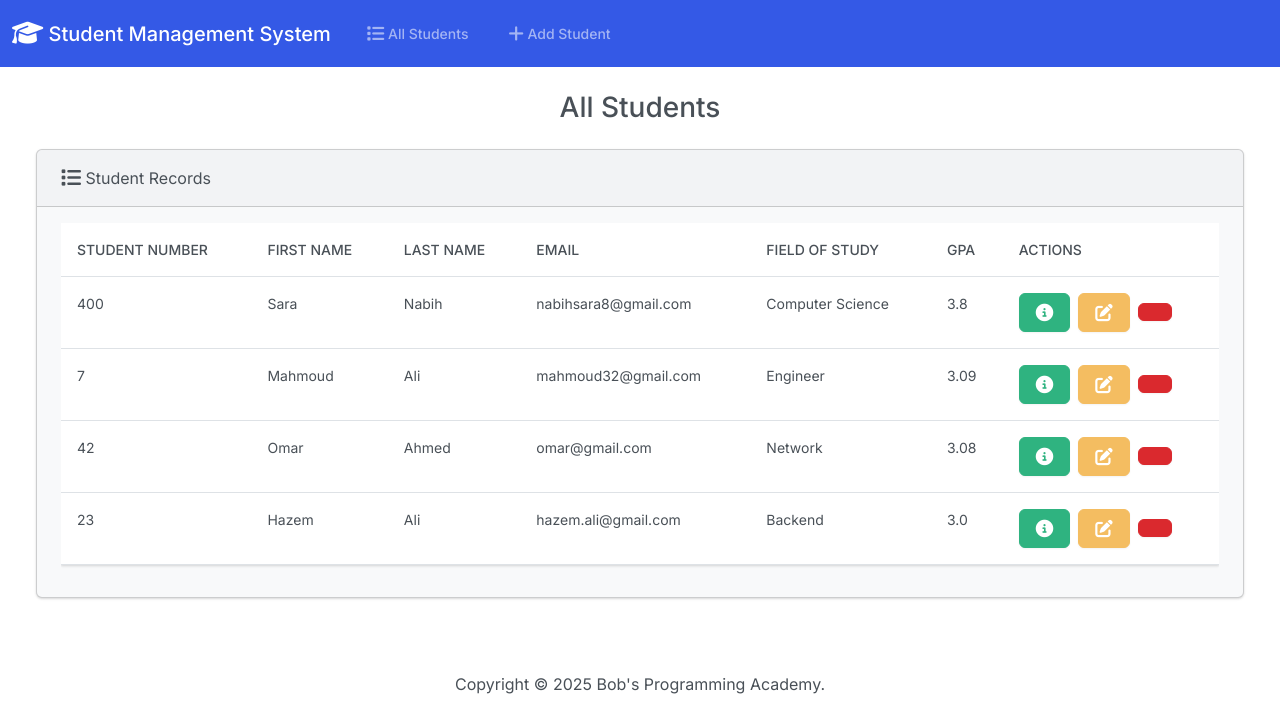
Repository: saraanbih/Student-Management-System
Page: http://localhost/
The author's editor kept a copy of each file at every save. The page is drawn from the files as they stood at one save, then again after the next save.
The browser window is 1280 px wide. The pictures show the whole page.
Some web libraries are served in a nearby version. The page is served by the project's application, run on Django 5.2 (manage.py). Other server files are loaded and not shown. The page reads the database file committed with the project.

Above is the page before, as saved 2025-09-13 01:30:39.

### students/templates/students/index.html
{% extends "students/base.html" %}

{% block body %}
  <h3 class="m-4 text-center">All Students</h3>
  <div class="row">
    <div class="col-12">
      {% if students %}
        <div class="card bg-light ms-4 me-4 mb-4">
          <div class="card-header">
            <i class="fa-solid fa-list fa-lg"></i> Student Records
          </div>
          <div class="card-body">
            <div class="table-responsive">
              <table class="table table-hover">
                <thead>
                  <tr>
                    <th scope="col">Student Number</th>
                    <th scope="col">First Name</th>
                    <th scope="col">Last Name</th>
                    <th scope="col">Email</th>
                    <th scope="col">Field of Study</th>
                    <th scope="col">GPA</th>
                    <th scope="col">Actions</th>
                  </tr>
                </thead>
                <tbody>
                  {% for student in students %}
                    <tr>
                      <td>{{ student.student_number }}</td>
                      <td>{{ student.first_name }}</td>
                      <td>{{ student.last_name }}</td>
                      <td>{{ student.email }}</td>
                      <td>{{ student.field_of_study }}</td>
                      <td>{{ student.gpa }}</td>
                      <td>
                        <!-- View Button -->
                        <button
                          type="button"
                          class="btn btn-success me-1"
                          data-bs-toggle="modal"
                          data-bs-target="#myModal{{ student.student_id }}">
                          <i class="fa-solid fa-circle-info fa-lg"></i>
                        </button>

                        <!-- View Modal -->
                        <div class="modal fade" id="myModal{{ student.student_id }}" tabindex="-1" aria-labelledby="myModalLabel{{ student.student_id }}" aria-hidden="true">
                          <div class="modal-dialog" role="document">
                            <div class="modal-content">
                              <div class="modal-header">
                                <h5 class="modal-title" id="myModalLabel{{ student.student_id }}">
                                  Student: {{ student.first_name }} {{ student.last_name }}
                                </h5>
                                <button type="button" class="btn-close" data-bs-dismiss="modal" aria-label="Close"></button>
                              </div>
                              <div class="modal-body">
                                <ul class="list-unstyled">
                                  <li>Student Number: <strong>{{ student.student_number }}</strong></li>
                                  <li>First Name: <strong>{{ student.first_name }}</strong></li>
                                  <li>Last Name: <strong>{{ student.last_name }}</strong></li>
                                  <li>Email: <strong>{{ student.email }}</strong></li>
                                  <li>Field of Study: <strong>{{ student.field_of_study }}</strong></li>
                                  <li>GPA: <strong>{{ student.gpa }}</strong></li>
                                </ul>
                              </div>
                              <div class="modal-footer">
                                <button type="button" class="btn btn-primary" data-bs-dismiss="modal">Close</button>
                              </div>
                            </div>
                          </div>
                        </div>

                        <a class="btn btn-warning me-1" href="{% url 'edit' student.id %}">
                          <i class="fa-solid fa-pen-to-square fa-lg"></i>
                        </a>

                        <button type="button" class="btn btn-danger" data-bs-toggle="model" data-bs-target="#delete{{student.id}}">

                        </button>
                      </td>
                    </tr>
                  {% endfor %}
                </tbody>
              </table>
            </div>
          </div>
        </div>
      {% else %}
        <h5 class="card bg-light ms-4 me-4 mb-4 p-3">No Student Records</h5>
      {% endif %}
    </div>
  </div>
{% endblock %}

### students/templates/students/base.html
{% load static %}
<!DOCTYPE html>
<html lang="en">
  <head>
    <title>Student Management System</title>
    <link rel="stylesheet" href="https://cdnjs.cloudflare.com/ajax/libs/font-awesome/6.1.1/css/all.min.css">
    <link href="{% static 'css/bootstrap.min.css' %}" rel="stylesheet">
  </head>
  <body class="d-flex flex-column min-vh-100">
    <nav class="navbar navbar-expand-lg navbar-dark bg-primary">
      <div class="container-fluid">
        <a class="navbar-brand" href="{% url 'index' %}">
          <i class="fa-solid fa-graduation-cap fa-lg"></i> Student Management System
        </a>
        <button class="navbar-toggler" type="button" data-bs-toggle="collapse" data-bs-target="#navbarColor01" aria-controls="navbarColor01" aria-expanded="false" aria-label="Toggle navigation">
          <span class="navbar-toggler-icon"></span>
        </button>
        <div class="collapse navbar-collapse" id="navbarColor01">
          <ul class="navbar-nav me-auto">
            <li class="nav-item">
              <a class="nav-link" href="{% url 'index' %}">
                <i class="fa-solid fa-list fa-lg"></i> All Students
              </a>
            </li>
            <li class="nav-item">
              <a class="nav-link" href="{% url 'add' %}">
                <i class="fa-solid fa-plus fa-lg"></i> Add Student
              </a>
            </li>
          </ul>
        </div>
      </div>
    </nav>
    <div class="container-fluid">
      {% block body %}
      {% endblock %}
    </div>
    <footer class="mt-auto mb-4">
      <div class="text-center">
        <span>
          Copyright &copy; <script>document.write(new Date().getFullYear())</script> Bob's Programming Academy.
        </span>
      </div>
    </footer>
    <script src="https://cdn.jsdelivr.net/npm/bootstrap@5.0.2/dist/js/bootstrap.bundle.min.js"></script>
  </body>
</html>

### students/models.py
from django.db import models

# Create your models here.

class Student(models.Model):
  student_number = models.PositiveBigIntegerField()
  first_name = models.CharField(max_length=50)
  last_name = models.CharField(max_length=50)
  email = models.EmailField(max_length=100)
  field_of_study = models.CharField(max_length=50)
  gpa = models.FloatField()

  def __str__(self):
    return f"{self.first_name} {self.last_name}"

### students/views.py
from django.http import HttpResponseRedirect
from django.shortcuts import render
from django.urls import reverse

from .models import Student
from .forms import StudentForm

def index(request):
    return render(request, 'students/index.html', {
        'students': Student.objects.all()
    })

def view_student(request, student_id):
    student = get_object_or_404(Student, pk=student_id)
    return render(request, 'students/view.html', {
        'student': student
    })

def add(request):
    if request.method == 'POST':
        form = StudentForm(request.POST)
        if form.is_valid():
            form.save()
            return render(request, 'students/add.html', {
                'form': StudentForm(),
                'success': True
            })
    else:
        form = StudentForm()

    return render(request, 'students/add.html', {
        'form': form
    })

def edit(request, student_id):
    student = get_object_or_404(Student, pk=student_id)

    if request.method == 'POST':
        form = StudentForm(request.POST, instance=student)
        if form.is_valid():
            form.save()
            return render(request, 'students/edit.html', {
                'form': form,
                'student': student,
                'success': True
            })
    else:
        form = StudentForm(instance=student)

    return render(request, 'students/edit.html', {
        'form': form,
        'student': student
    })

def delete(request, id):
  if request.method == 'POST':
    student = Student.objects.get(pk=id)
    student.delete()
  return HttpResponseRedirect(reverse('index'))

### django_project/urls.py
"""
URL configuration for django_project project.

The `urlpatterns` list routes URLs to views. For more information please see:
    https://docs.djangoproject.com/en/5.2/topics/http/urls/
Examples:
Function views
    1. Add an import:  from my_app import views
    2. Add a URL to urlpatterns:  path('', views.home, name='home')
Class-based views
    1. Add an import:  from other_app.views import Home
    2. Add a URL to urlpatterns:  path('', Home.as_view(), name='home')
Including another URLconf
    1. Import the include() function: from django.urls import include, path
    2. Add a URL to urlpatterns:  path('blog/', include('blog.urls'))
"""
from django.contrib import admin
from django.urls import path, include

urlpatterns = [
    path('admin/', admin.site.urls),
    path('', include('students.urls')),
]

### students/urls.py
from django.urls import path
from . import views

urlpatterns = [
  path('', views.index, name='index'),
  path('<int:student_id>/', views.view_student, name='view_student'),
  path('add/', views.add, name='add'),
  path('edit/<int:student_id>/', views.edit, name='edit'),
  path('delete/<int:student_id>/', views.delete, name='delete'),
]

### db.sqlite3 (the tables this page reads, as SQL)
CREATE TABLE "students_student" ("id" integer NOT NULL PRIMARY KEY AUTOINCREMENT, "first_name" varchar(50) NOT NULL, "last_name" varchar(50) NOT NULL, "email" varchar(100) NOT NULL, "field_of_study" varchar(50) NOT NULL, "gpa" real NOT NULL, "student_number" bigint unsigned NOT NULL CHECK ("student_number" >= 0));
INSERT INTO "students_student" VALUES
(4, 'Sara', 'Nabih', 'nabihsara8@gmail.com', 'Computer Science', 3.8, 400),
(6, 'Mahmoud', 'Ali', 'mahmoud32@gmail.com', 'Engineer', 3.09, 7),
(7, 'Omar', 'Ahmed', 'omar@gmail.com', 'Network', 3.08, 42),
(8, 'Hazem', 'Ali', 'hazem.ali@gmail.com', 'Backend', 3.0, 23);

Loaded but not shown: students/static/css/bootstrap.min.css (library)

After the next save:
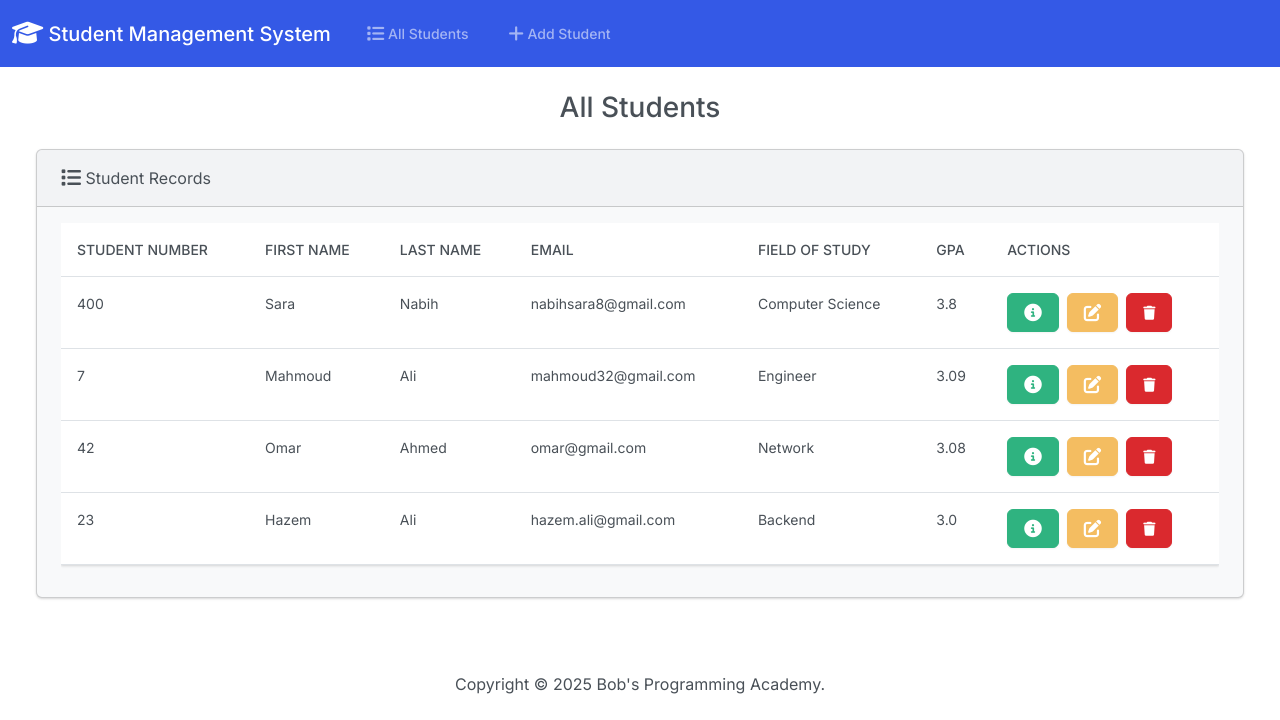
Saved 5 s later.
--- a/students/templates/students/index.html
+++ b/students/templates/students/index.html
@@ -74,7 +74,7 @@
                         </a>
 
                         <button type="button" class="btn btn-danger" data-bs-toggle="model" data-bs-target="#delete{{student.id}}">
-
+                          <i class="fa-solid fa-trash"></i>
                         </button>
                       </td>
                     </tr>
